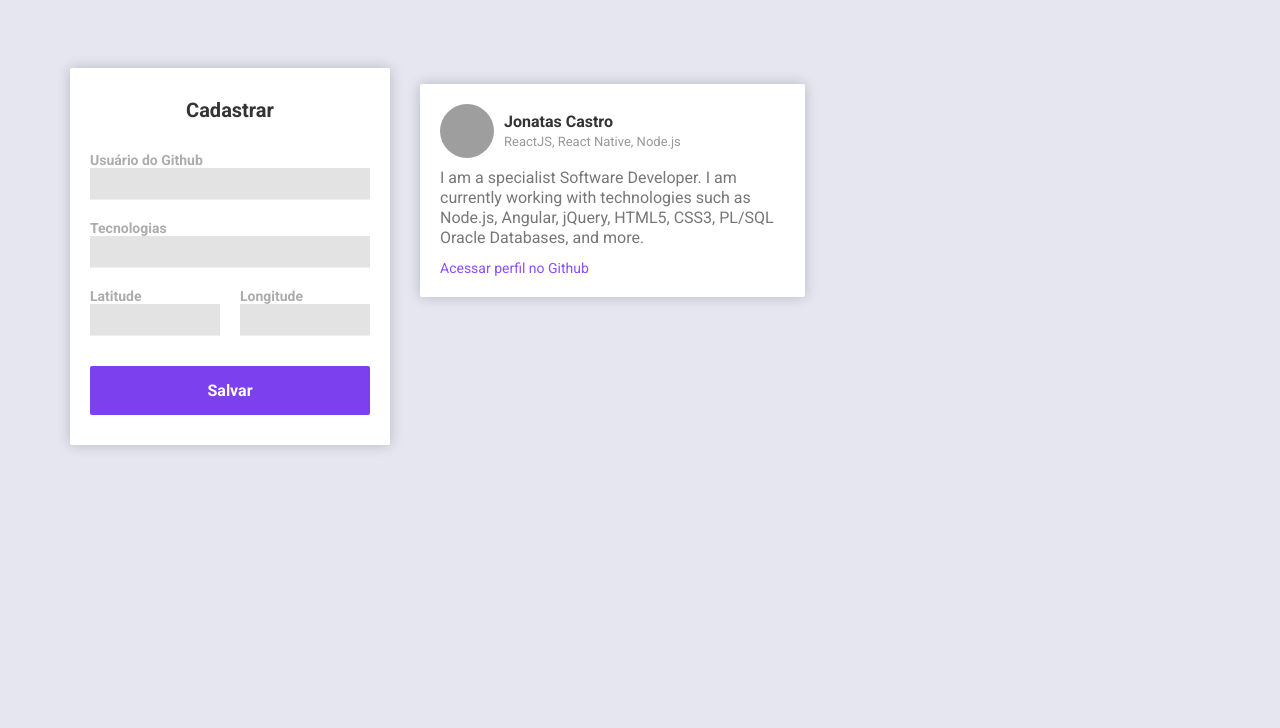
Repository: Jonatas-Castro/react_frontend
Page: /
The author's editor kept a copy of each file at every save. The page is drawn from the files as they stood at one save, then again after the next save.
The browser window is 1280 px wide. The pictures show the whole page.
Pictures or frames that could not be fetched are drawn as grey boxes. The page's requests for data from a server got no answer. The project was rebuilt for these pictures with package versions that can differ from the ones it lists, and the page was loaded fresh each time. No one was signed in, and anything a server would have sent is missing.

Above is the page before, as saved 2020-01-16 16:33:08.

After the next save:
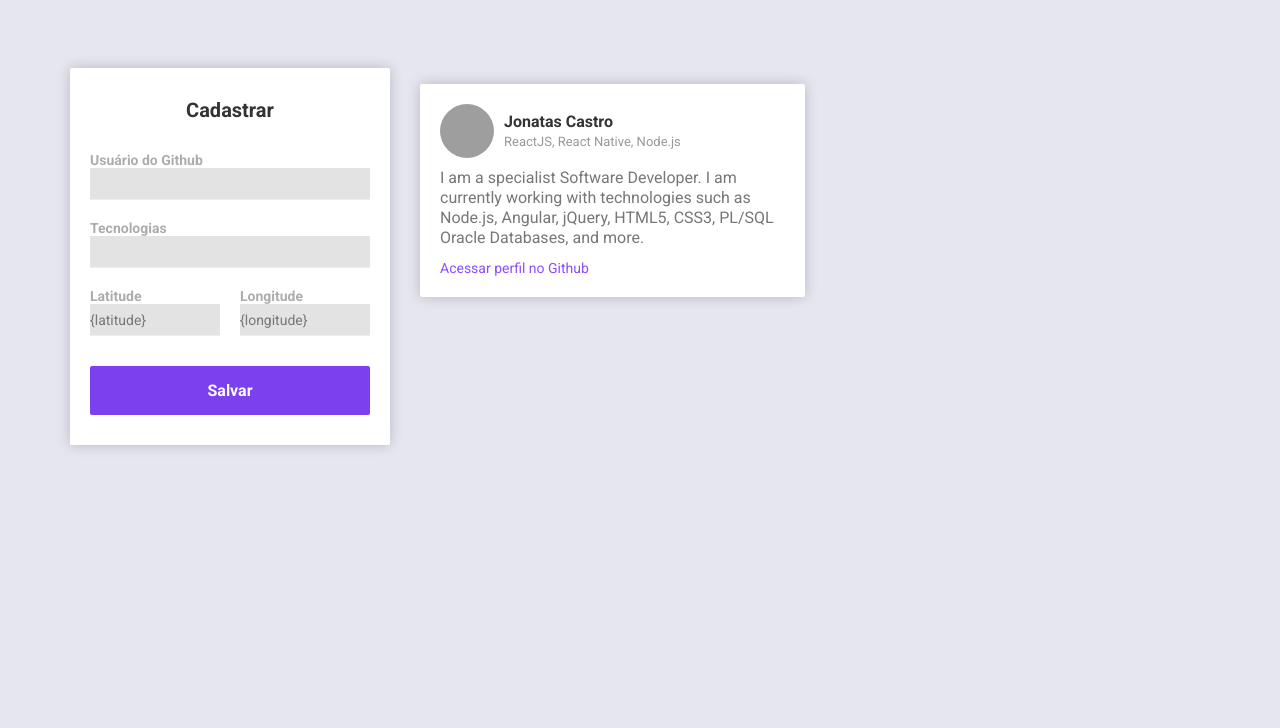
Saved 55 s later.
--- a/src/App.js
+++ b/src/App.js
@@ -49,11 +49,11 @@
           <div className="input-group">
             <div className="input-block">
               <label htmlFor="latitude">Latitude</label>
-              <input type="text" name="latitude" id="latitude" required />
+              <input type="text" name="latitude" id="latitude" required value="{latitude}" />
             </div>
             <div className="input-block">
             <label htmlFor="longitude">Longitude</label>
-            <input type="text" name="longitude" id="longitude" required />
+            <input type="text" name="longitude" id="longitude" required value="{longitude}"/>
           </div>
           </div>
           <button type="submit">Salvar</button>

After the save that followed:
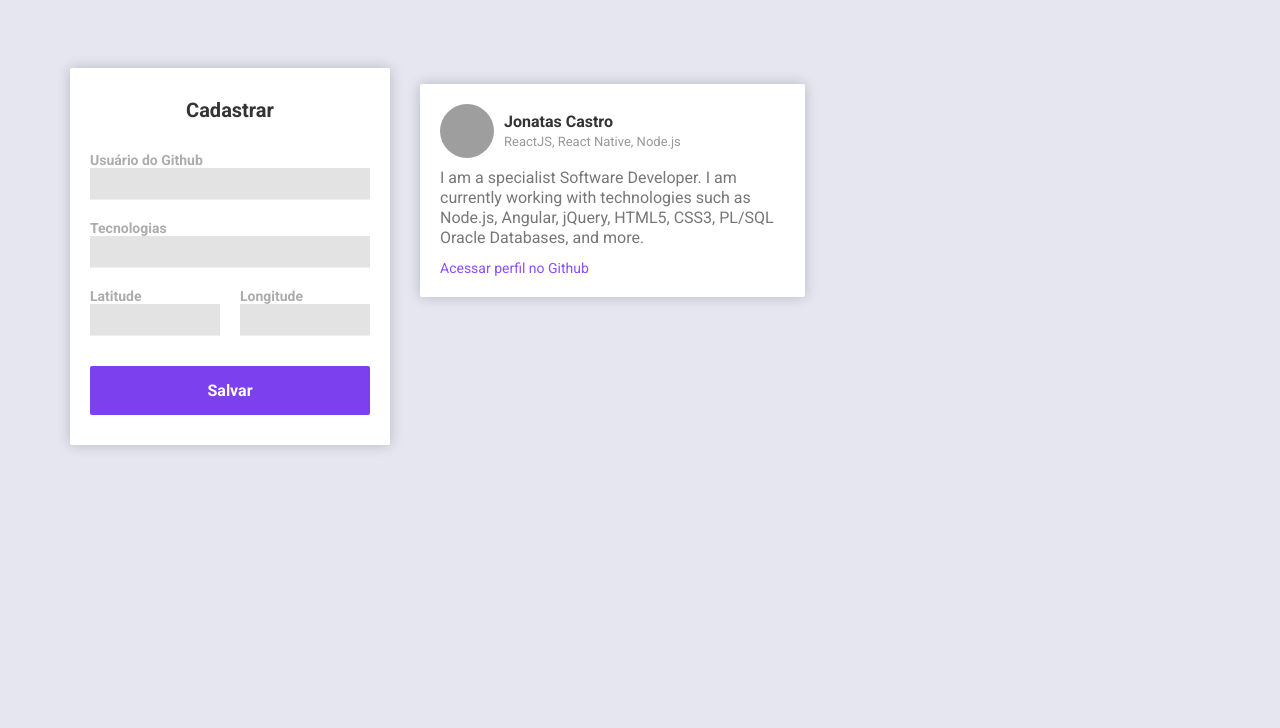
Saved 53 s later.
--- a/src/App.js
+++ b/src/App.js
@@ -49,11 +49,11 @@
           <div className="input-group">
             <div className="input-block">
               <label htmlFor="latitude">Latitude</label>
-              <input type="text" name="latitude" id="latitude" required value="{latitude}" />
+              <input type="text" name="latitude" id="latitude" required value={latitude} />
             </div>
             <div className="input-block">
             <label htmlFor="longitude">Longitude</label>
-            <input type="text" name="longitude" id="longitude" required value="{longitude}"/>
+            <input type="text" name="longitude" id="longitude" required value={longitude} />
           </div>
           </div>
           <button type="submit">Salvar</button>
